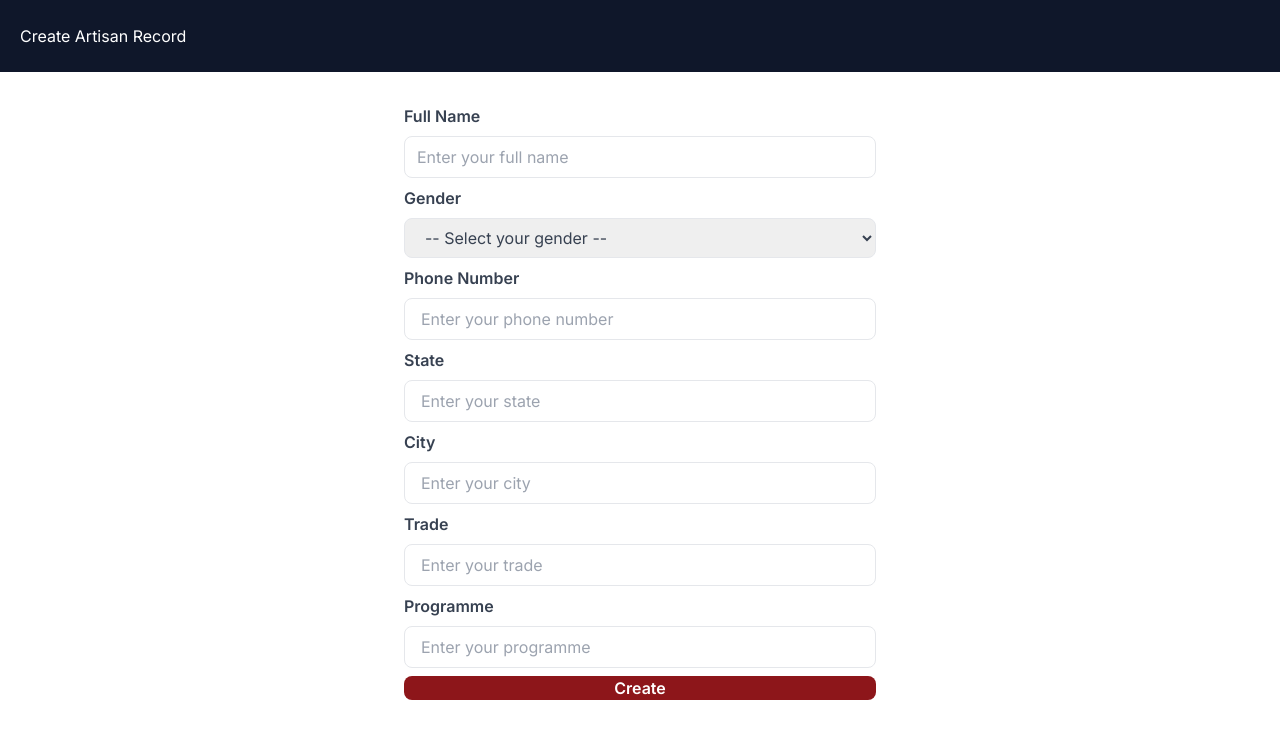
Repository: marcusdashe/artisanindex_frontend
Page: /components/CreateArtisan
An editor plug-in stored every save of this project. The page is shown before and after the next save, followed by the edit.
The browser window is 1280 px wide. The pictures show the whole page.
The project was rebuilt for these pictures with package versions that can differ from the ones it lists, and the page was loaded fresh each time. The framework's server and built-in components were replaced by stand-ins that run in the browser. Also part of the build but not shown: next.config.js.

Above is the page before, as saved 2023-03-09 11:29:47.

### pages/_app.js
import "@/styles/globals.css";
import "core-js/stable";
import "regenerator-runtime/runtime";

export default function App({ Component, pageProps }) {
  return <Component {...pageProps} />;
}

### pages/_document.js
import { Html, Head, Main, NextScript } from "next/document";

export default function Document() {
  return (
    <Html lang="en">
      <Head>
        <link rel="preconnect" href="https://fonts.googleapis.com" />
        <link
          rel="preconnect"
          href="https://fonts.gstatic.com"
          crossOrigin="true"
        />
        <link
          href="https://fonts.googleapis.com/css2?family=Inter:wght@100;200;300;400;500;600&display=swap"
          rel="stylesheet"
        />
      </Head>
      <body>
        <Main />
        <NextScript />
      </body>
    </Html>
  );
}

### pages/components/CreateArtisan.js
import React, { useState } from "react";
import axios from "axios";

function ViewArtisanDataScreen() {
  const [formData, setFormData] = useState({
    city: "",
    created: "",
    fullName: "",
    gender: "",
    phoneNumber: "",
    state: "",
    trade: "",
    programme: "",
  });

  const handleInputChange = (event) => {
    const { name, value } = event.target;
    setFormData({ ...formData, [name]: value });
  };

  const handleSubmit = (event) => {
    event.preventDefault();
    console.log(formData);
  };

  return (
    <div className="w-full h-[100vh]">
      <div className="w-full h-[10vh] bg-slate-900 flex items-center content-center justify-start text-white p-5">
        Create Artisan Record
      </div>
      <div className="flex-1 bg-white flex items-center justify-center">
        <div className="max-w-lg w-full px-5 py-8">
          <form onSubmit={handleSubmit} className="grid grid-cols-1 gap-2">
            <label htmlFor="fullName" className="text-gray-700 font-bold">
              Full Name
            </label>
            <input
              type="text"
              id="fullName"
              name="fullName"
              value={formData.fullName}
              onChange={handleInputChange}
              placeholder="Enter your full name"
              className="px-3 py-2 border rounded-lg text-gray-700 focus:outline-none focus:border-blue-500 focus:shadow-outline-blue"
              required
            />

            <label htmlFor="gender" className="text-gray-700 font-bold">
              Gender
            </label>
            <select
              id="gender"
              name="gender"
              value={formData.gender}
              onChange={handleInputChange}
              className="px-4 py-2 border rounded-lg text-gray-700 focus:outline-none focus:border-blue-500 focus:shadow-outline-blue"
              required
            >
              <option value="">-- Select your gender --</option>
              <option value="Male">Male</option>
              <option value="Female">Female</option>
            </select>

            <label htmlFor="phoneNumber" className="text-gray-700 font-bold">
              Phone Number
            </label>
            <input
              type="tel"
              id="phoneNumber"
              name="phoneNumber"
              value={formData.phoneNumber}
              onChange={handleInputChange}
              placeholder="Enter your phone number"
              className="px-4 py-2 border rounded-lg text-gray-700 focus:outline-none focus:border-blue-500 focus:shadow-outline-blue"
              required
            />

            <label htmlFor="state" className="text-gray-700 font-bold">
              State
            </label>
            <input
              type="text"
              id="state"
              name="state"
              value={formData.state}
              onChange={handleInputChange}
              placeholder="Enter your state"
              className="px-4 py-2 border rounded-lg text-gray-700 focus:outline-none focus:border-blue-500 focus:shadow-outline-blue"
              required
            />

            <label htmlFor="city" className="text-gray-700 font-bold">
              City
            </label>
            <input
              type="text"
              id="city"
              name="city"
              value={formData.city}
              onChange={handleInputChange}
              placeholder="Enter your city"
              className="px-4 py-2 border rounded-lg text-gray-700 focus:outline-none focus:border-blue-500 focus:shadow-outline-blue"
              required
            />

            <label htmlFor="trade" className="text-gray-700 font-bold">
              Trade
            </label>
            <input
              type="text"
              id="trade"
              name="trade"
              value={formData.trade}
              onChange={handleInputChange}
              placeholder="Enter your trade"
              className="px-4 py-2 border rounded-lg text-gray-700 focus:outline-none focus:border-blue-500 focus:shadow-outline-blue"
              required
            />
            <label htmlFor="programme" className="text-gray-700 font-bold">
              Programme
            </label>
            <input
              type="text"
              id="programme"
              name="programme"
              value={formData.programme}
              onChange={handleInputChange}
              placeholder="Enter your programme"
              className="px-4 py-2 border rounded-lg text-gray-700 focus:outline-none focus:border-blue-500 focus:shadow-outline-blue"
              required
            />

            <button
              type="submit"
              className=" bg-[#8D161A] text-white font-semibold rounded-lg hover:bg-blue-700"
            >
              Create
            </button>
          </form>
        </div>
      </div>
    </div>
  );
}

export default ViewArtisanDataScreen;

### styles/globals.css
@tailwind base;
@tailwind components;
@tailwind utilities;

@layer base {
  html {
    font-family: "Inter", sans-serif;
  }
}

### tailwind.config.js
/** @type {import('tailwindcss').Config} */

module.exports = {
  content: [
    "./pages/**/*.{js,ts,jsx,tsx}",
    "./components/**/*.{js,ts,jsx,tsx}",
  ],
  theme: {
    extend: {},
  },
  plugins: [],
};

After the next save:
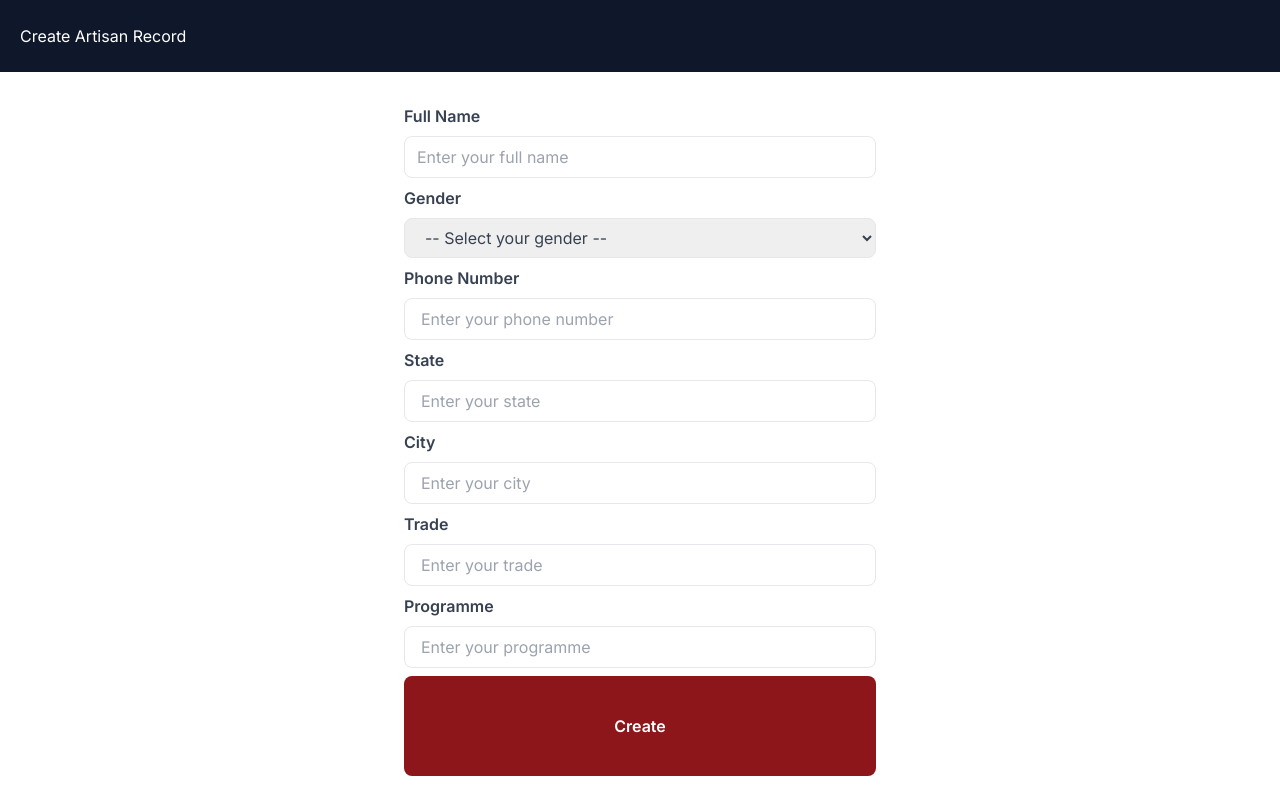
Saved 62 s later.
--- a/pages/components/CreateArtisan.js
+++ b/pages/components/CreateArtisan.js
@@ -132,7 +132,7 @@ function ViewArtisanDataScreen() {
 
             <button
               type="submit"
-              className=" bg-[#8D161A] text-white font-semibold rounded-lg hover:bg-blue-700"
+              className="h-[100px] bg-[#8D161A] text-white font-semibold rounded-lg hover:bg-blue-700"
             >
               Create
             </button>
